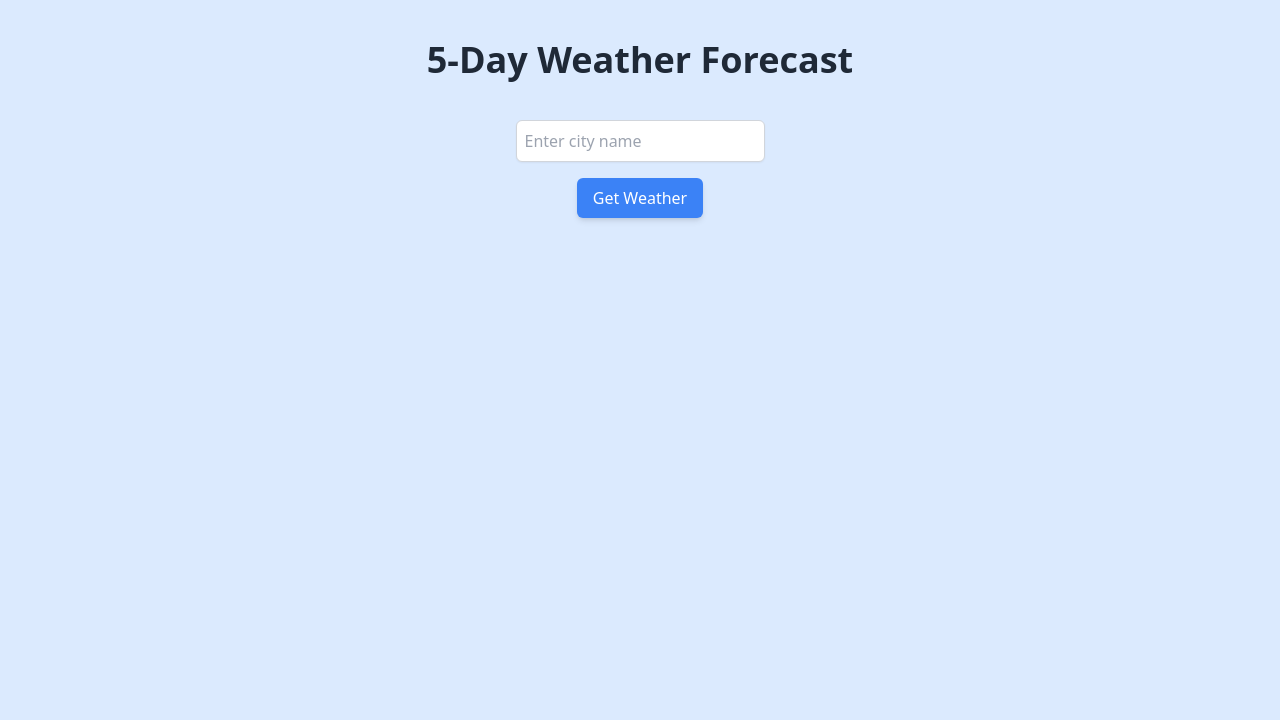
Repository: MKosainHaider/weather-app-react
Page: / (app in weather-app/)
An editor plug-in stored every save of this project. The page is shown before and after the next save, followed by the edit.
The browser window is 1280 px wide. The pictures show the whole page.
The project was rebuilt for these pictures with package versions that can differ from the ones it lists, and the page was loaded fresh each time. Also part of the build but not shown: weather-app/vite.config.js, weather-app/src/components/WeatherCard.jsx, weather-app/src/components/WeatherList.jsx.

Above is the page before, as saved 2024-08-19 12:50:09.

### weather-app/index.html
<!doctype html>
<html lang="en">

<head>
  <meta charset="UTF-8" />
  <link rel="icon" type="image/svg+xml" href="/vite.svg" />
  <meta name="viewport" content="width=device-width, initial-scale=1.0" />
  <title>Weather App</title>
</head>

<body>
  <div id="root"></div>
  <script type="module" src="/src/main.jsx"></script>
</body>

</html>

### weather-app/src/App.jsx
import React, { useState } from 'react';
import CityInput from './components/CityInput';
import WeatherList from './components/WeatherList';

function App() {
  const [city, setCity] = useState('');

  return (
    <div className="min-h-screen bg-blue-100 flex flex-col items-center py-10">
      <h1 className="text-4xl font-bold text-gray-800 mb-10">5-Day Weather Forecast</h1>
      <CityInput onCityChange={setCity} />
      <WeatherList city={city} />
    </div>
  );
}

export default App;

### weather-app/src/components/CityInput.jsx
import React, { useState } from 'react';

function CityInput({ onCityChange }) {
  const [city, setCity] = useState('');

  const handleInputChange = (event) => {
    setCity(event.target.value);
  };

  const handleSubmit = (event) => {
    event.preventDefault();
    if (city.trim()) {
      onCityChange(city);
    }
  };

  return (
    <div className="flex flex-col items-center mb-10">
      <form onSubmit={handleSubmit} className="flex flex-col items-center">
        <input
          type="text"
          value={city}
          onChange={handleInputChange}
          placeholder="Enter city name"
          className="p-2 border border-gray-300 rounded-md shadow-sm mb-4"
        />
        <button
          type="submit"
          className="bg-blue-500 text-white px-4 py-2 rounded-md shadow-md"
        >
          Get Weather
        </button>
      </form>
    </div>
  );
}

export default CityInput;

Loaded but not shown: weather-app/src/main.jsx (common file); weather-app/src/index.css (common file); weather-app/tailwind.config.js (common file)

After the next save:
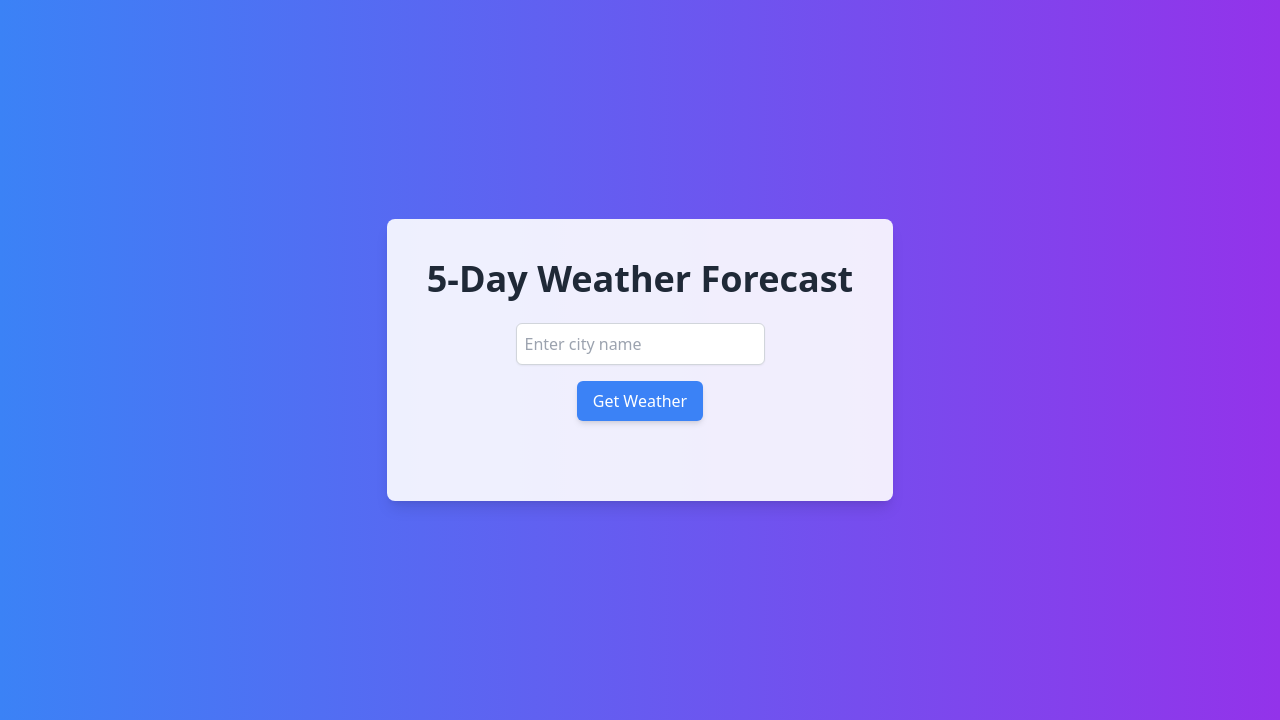
Saved 65 s later.
--- a/weather-app/src/App.jsx
+++ b/weather-app/src/App.jsx
@@ -6,10 +6,12 @@ function App() {
   const [city, setCity] = useState('');
 
   return (
-    <div className="min-h-screen bg-blue-100 flex flex-col items-center py-10">
-      <h1 className="text-4xl font-bold text-gray-800 mb-10">5-Day Weather Forecast</h1>
-      <CityInput onCityChange={setCity} />
-      <WeatherList city={city} />
+    <div className="min-h-screen bg-gradient-to-r from-blue-500 to-purple-600 flex flex-col justify-center items-center">
+      <div className="bg-white bg-opacity-90 p-10 rounded-lg shadow-lg text-center">
+        <h1 className="text-4xl font-bold text-gray-800 mb-6">5-Day Weather Forecast</h1>
+        <CityInput onCityChange={setCity} />
+        <WeatherList city={city} />
+      </div>
     </div>
   );
 }
